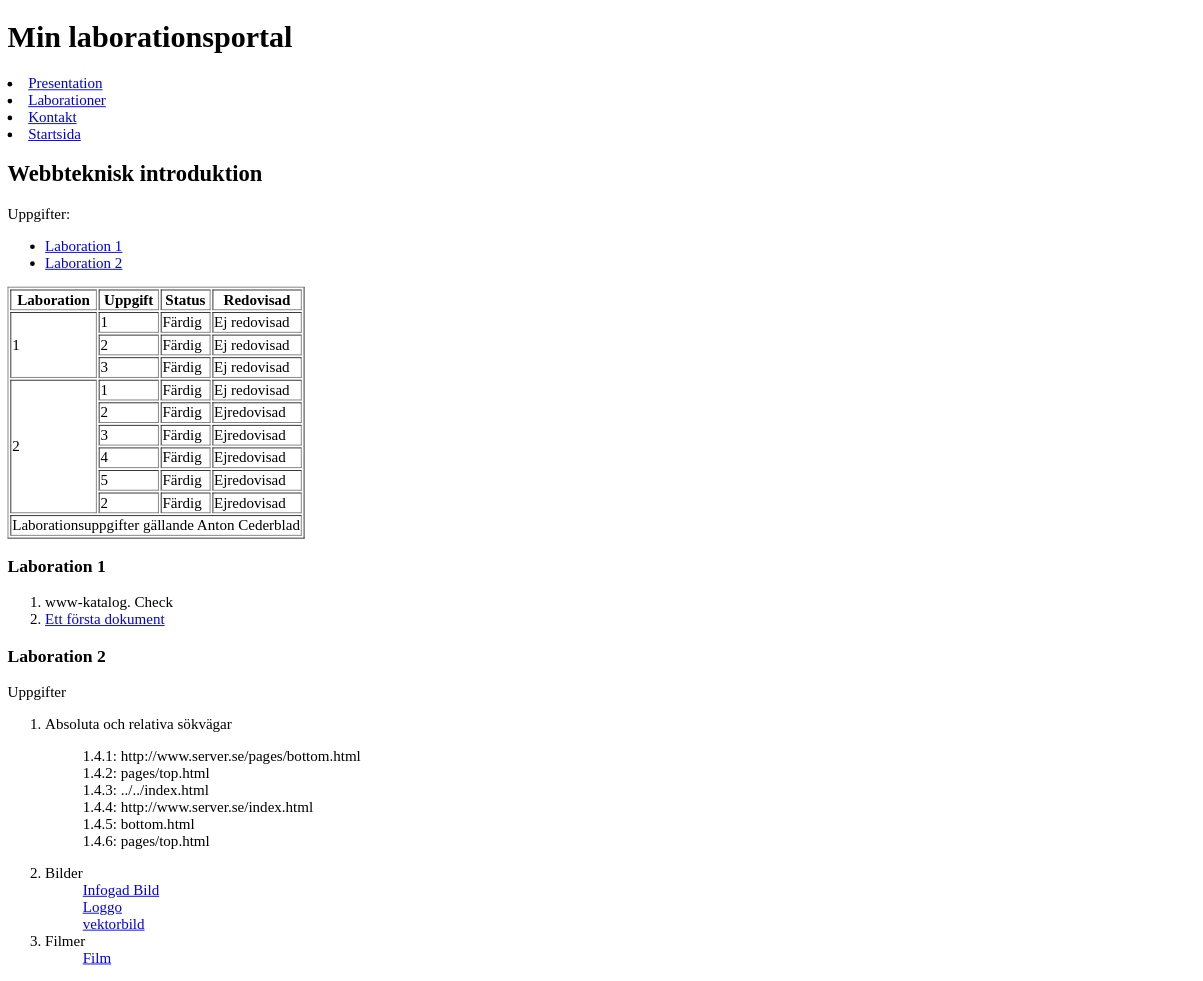
Repository: ac222jv/1IK415-Laborationer
Page: Pages/Laborationer.html
The author's editor kept a record of every edit. The page is drawn from the files as they stood at one moment, then again after the next edit.
The browser window is 1280 px wide. The pictures show the whole page, at 94% of full size.

Above is the page before.

After the next edit:
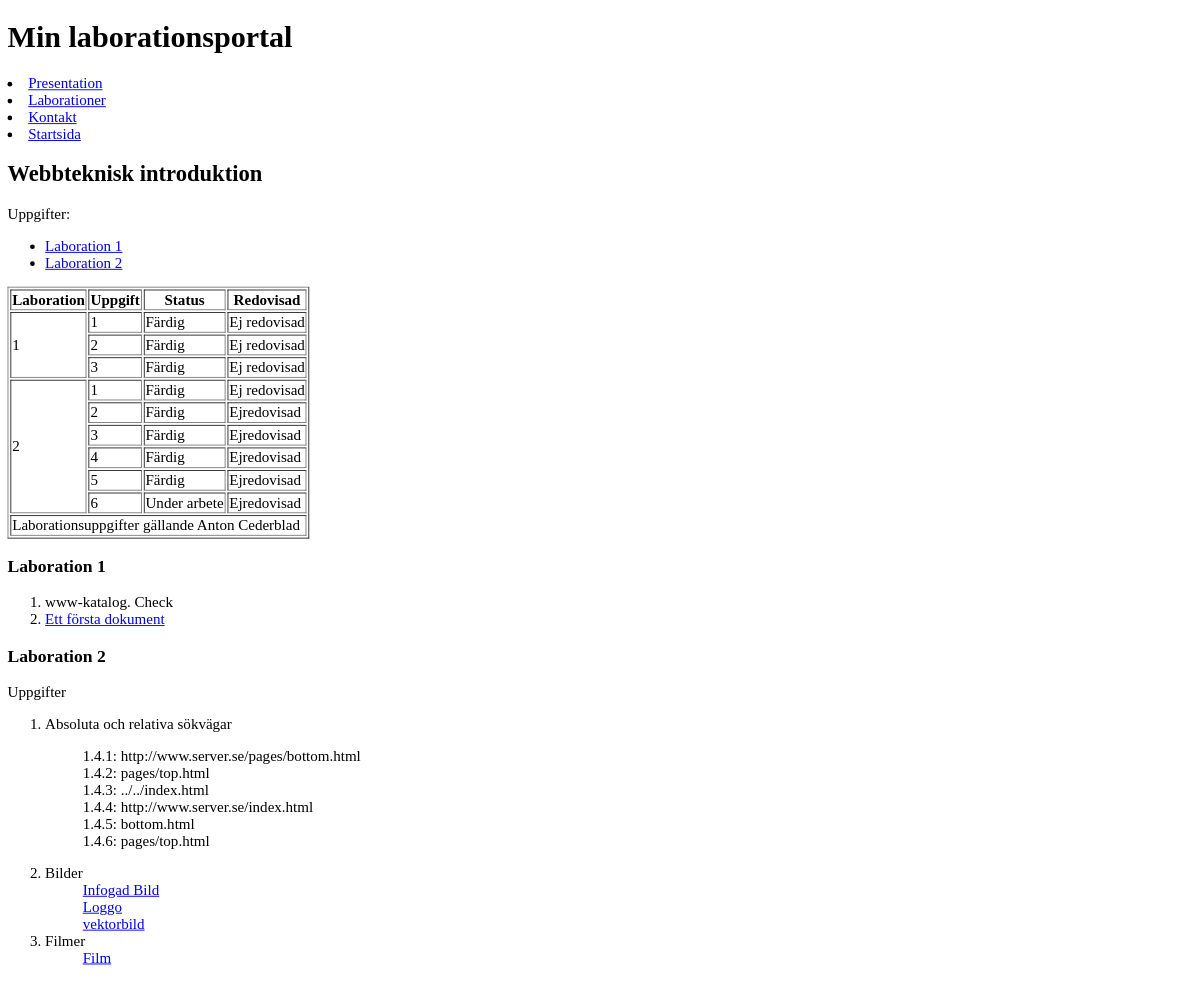
The edit:
--- a/Pages/Laborationer.html
+++ b/Pages/Laborationer.html
@@ -126,8 +126,8 @@
             <td>Ejredovisad</td>
         </tr>
          <tr>
-            <td>2</td>
-            <td>Färdig</td>
+            <td>6</td>
+            <td>Under arbete</td>
             <td>Ejredovisad</td>
         </tr>
          </tbody>
